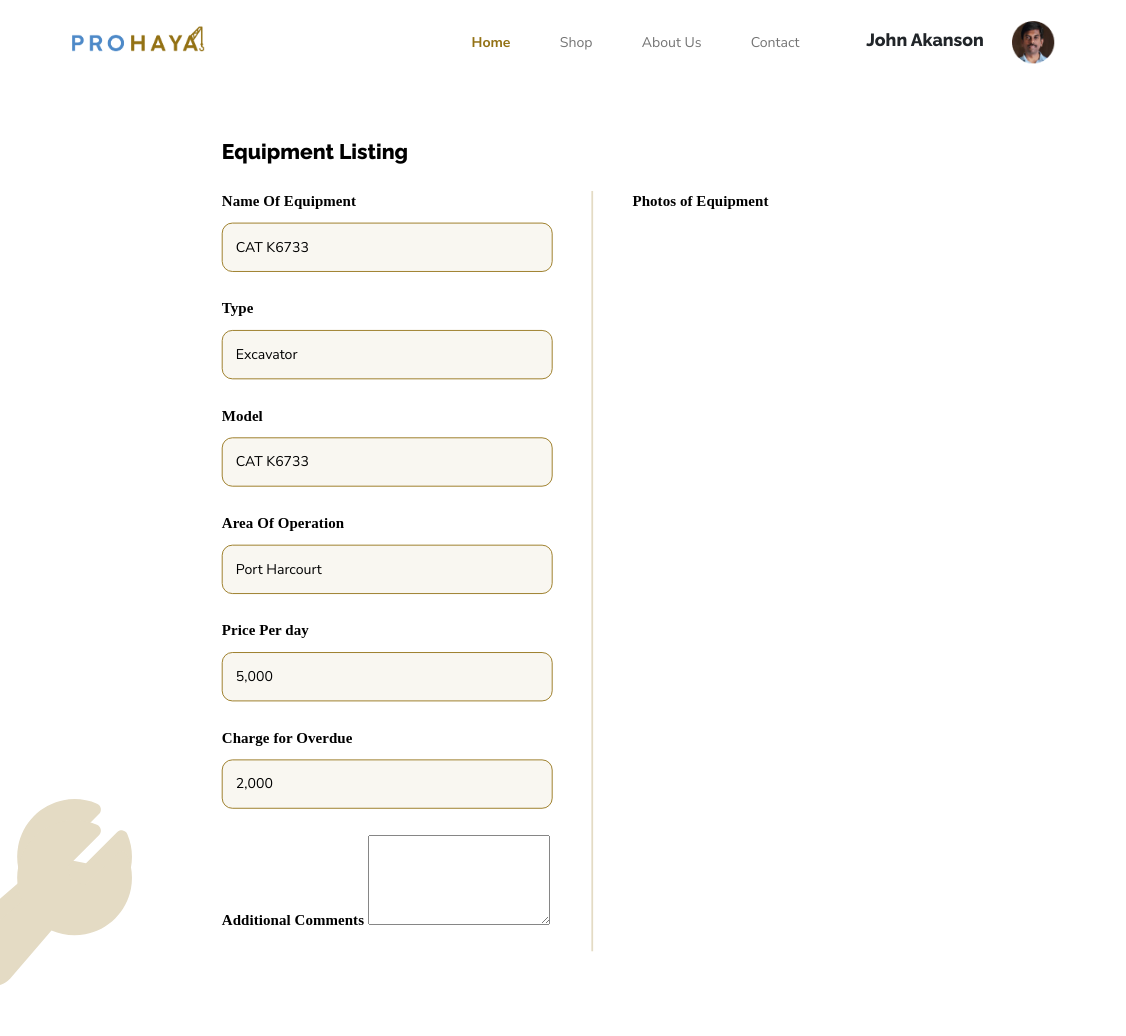
Repository: stormcelltech/Prohaya-UI
Page: Prohaya-UI/equipment_listing.html
An editor plug-in stored every save of this project. The page is shown before and after the next save, followed by the edit.
The browser window is 1280 px wide. The pictures show the whole page, at 88% of full size.
Some web libraries are served in a nearby version.

Above is the page before, as saved 2022-04-14 03:32:52.
Console error: TypeError: $(...).owlCarousel is not a function

After the next save:
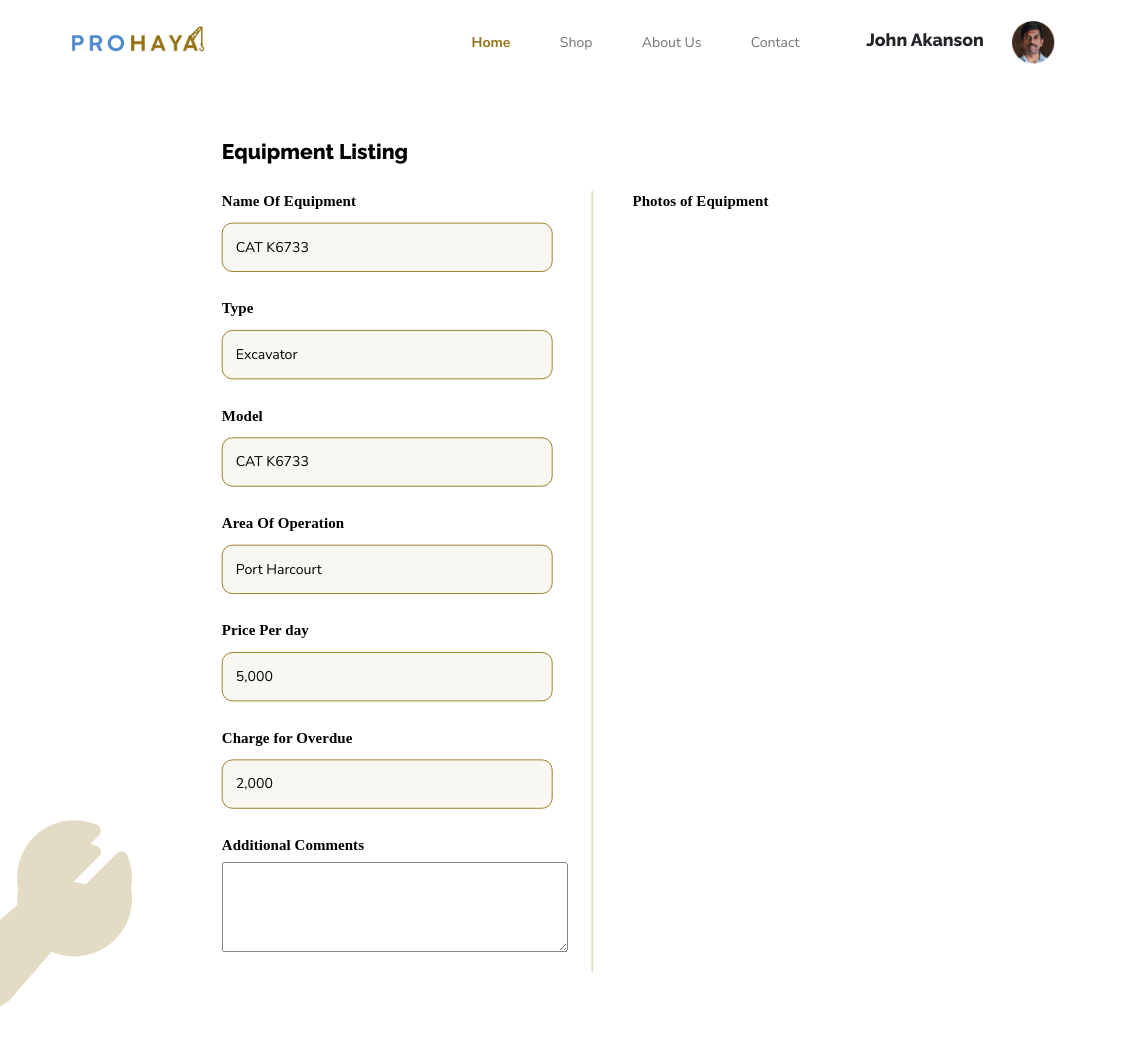
Saved 9 s later.
--- a/Prohaya-UI/equipment_listing.html
+++ b/Prohaya-UI/equipment_listing.html
@@ -90,7 +90,7 @@
                             </div>
                             <div class="mb-3">
                                 <label for="exampleFormControlInput1" class="form-label custom-labels">Additional Comments</label>
-                                <textarea name="" id=""  rows="4"></textarea>
+                                <textarea name="" id="" cols="40" rows="4"></textarea>
                                 <!-- <input type="text" class="form-control custom-input" id="exampleFormControlInput1" placeholder="CAT K6733"> -->
                             </div>
 
